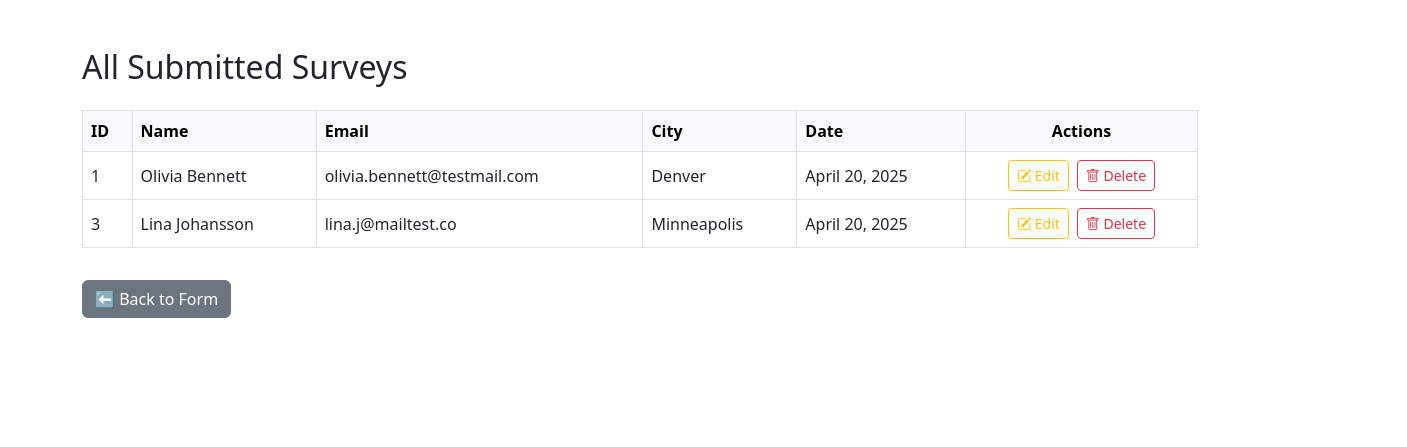
Repository: krisnguyenn2020/SWE645-Extra-Credit
Page: http://localhost/survey/list/
An editor plug-in stored every save of this project. The page is shown before and after the next save, followed by the edit.
The browser window is 1280 px wide. The page is 1280 px wide, then 1407 px, then 1280 px, so the pictures cover 1407 px, including what lies to the right of the window. The pictures show the whole page.
The page is served by the project's application, run on Django 5.2 (manage.py). The page reads the database file committed with the project.

Above is the page before, as saved 2025-04-20 22:59:47.

After the next save:
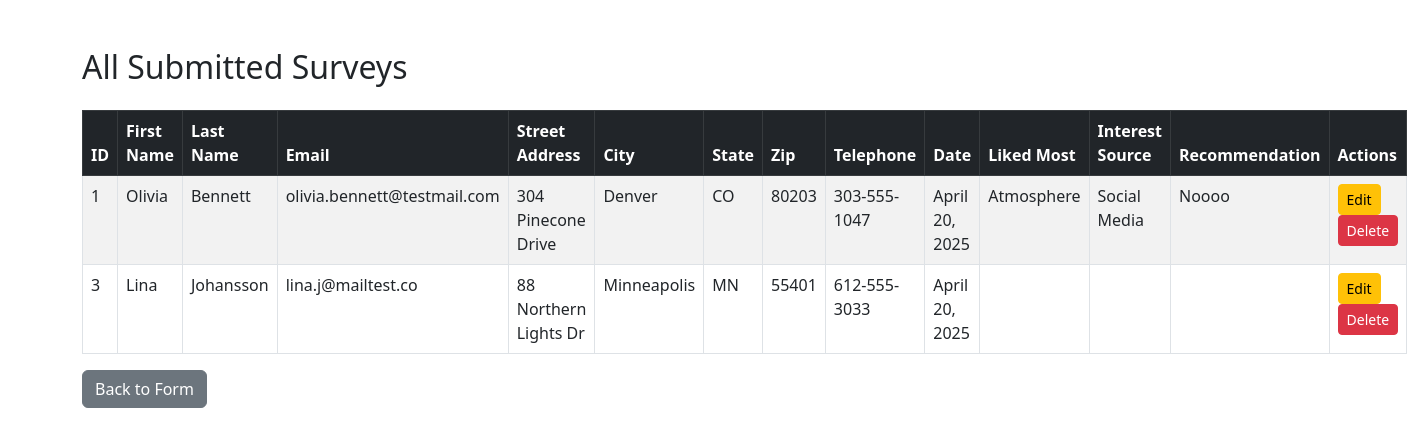
Saved 79 s later.
--- a/survey_app/templates/survey_app/survey_list.html
+++ b/survey_app/templates/survey_app/survey_list.html
@@ -4,9 +4,9 @@
     <meta charset="UTF-8">
     <title>All Surveys</title>
     <link href="https://cdn.jsdelivr.net/npm/bootstrap@5.3.0/dist/css/bootstrap.min.css" rel="stylesheet">
-    <link href="https://cdn.jsdelivr.net/npm/bootstrap-icons@1.10.5/font/bootstrap-icons.css" rel="stylesheet">
 </head>
 <body class="container mt-5">
+
     <h2 class="mb-4">All Submitted Surveys</h2>
 
     {% if messages %}
@@ -15,40 +15,51 @@
         {% endfor %}
     {% endif %}
 
-    <table class="table table-bordered align-middle">
-        <thead class="table-light">
+    <table class="table table-bordered table-striped">
+        <thead class="table-dark">
             <tr>
                 <th>ID</th>
-                <th>Name</th>
+                <th>First Name</th>
+                <th>Last Name</th>
                 <th>Email</th>
+                <th>Street Address</th>
                 <th>City</th>
+                <th>State</th>
+                <th>Zip</th>
+                <th>Telephone</th>
                 <th>Date</th>
-                <th class="text-center">Actions</th>
+                <th>Liked Most</th>
+                <th>Interest Source</th>
+                <th>Recommendation</th>
+                <th>Actions</th>
             </tr>
         </thead>
         <tbody>
             {% for s in surveys %}
             <tr>
                 <td>{{ s.id }}</td>
-                <td>{{ s.first_name }} {{ s.last_name }}</td>
+                <td>{{ s.first_name }}</td>
+                <td>{{ s.last_name }}</td>
                 <td>{{ s.email }}</td>
+                <td>{{ s.street_address }}</td>
                 <td>{{ s.city }}</td>
+                <td>{{ s.state }}</td>
+                <td>{{ s.zip }}</td>
+                <td>{{ s.telephone_number }}</td>
                 <td>{{ s.date_of_survey }}</td>
-                <td class="text-center">
-                    <div class="d-flex justify-content-center gap-2">
-                        <a href="{% url 'update_survey' s.id %}" class="btn btn-outline-warning btn-sm">
-                            <i class="bi bi-pencil-square"></i> Edit
-                        </a>
-                        <a href="{% url 'delete_survey' s.id %}" class="btn btn-outline-danger btn-sm" onclick="return confirm('Are you sure?')">
-                            <i class="bi bi-trash"></i> Delete
-                        </a>
-                    </div>
+                <td>{{ s.liked_most }}</td>
+                <td>{{ s.interest_source }}</td>
+                <td>{{ s.recommendation }}</td>
+                <td>
+                    <a href="{% url 'update_survey' s.id %}" class="btn btn-sm btn-warning">Edit</a>
+                    <a href="{% url 'delete_survey' s.id %}" class="btn btn-sm btn-danger" onclick="return confirm('Are you sure?')">Delete</a>
                 </td>
             </tr>
             {% endfor %}
         </tbody>
     </table>
 
-    <a href="{% url 'submit_form' %}" class="btn btn-secondary mt-3">⬅️ Back to Form</a>
+    <a href="{% url 'submit_form' %}" class="btn btn-secondary">Back to Form</a>
+
 </body>
 </html>

After the save that followed:
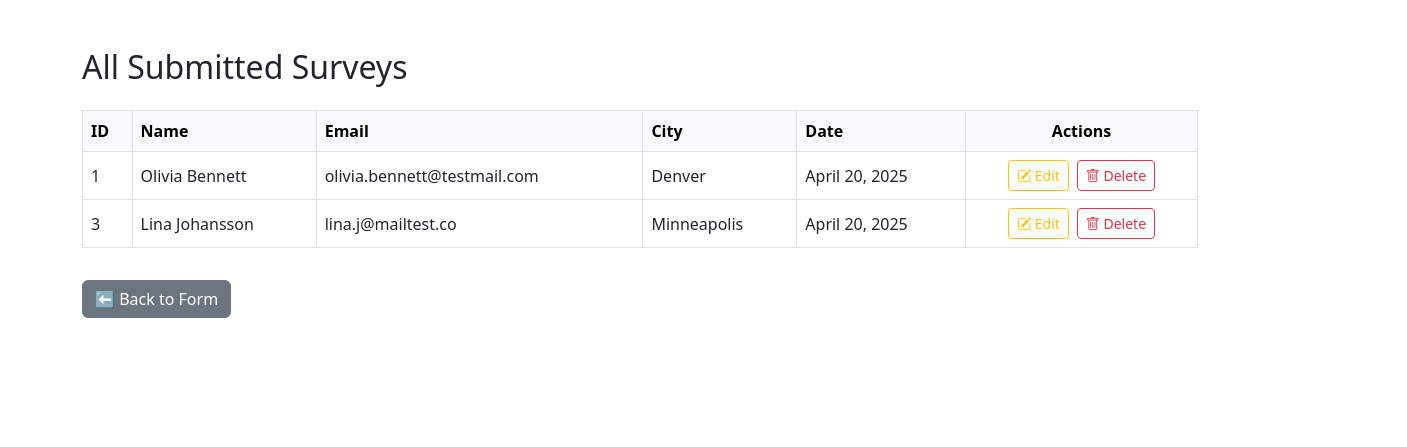
Saved 11 s later.
--- a/survey_app/templates/survey_app/survey_list.html
+++ b/survey_app/templates/survey_app/survey_list.html
@@ -4,9 +4,9 @@
     <meta charset="UTF-8">
     <title>All Surveys</title>
     <link href="https://cdn.jsdelivr.net/npm/bootstrap@5.3.0/dist/css/bootstrap.min.css" rel="stylesheet">
+    <link href="https://cdn.jsdelivr.net/npm/bootstrap-icons@1.10.5/font/bootstrap-icons.css" rel="stylesheet">
 </head>
 <body class="container mt-5">
-
     <h2 class="mb-4">All Submitted Surveys</h2>
 
     {% if messages %}
@@ -15,51 +15,40 @@
         {% endfor %}
     {% endif %}
 
-    <table class="table table-bordered table-striped">
-        <thead class="table-dark">
+    <table class="table table-bordered align-middle">
+        <thead class="table-light">
             <tr>
                 <th>ID</th>
-                <th>First Name</th>
-                <th>Last Name</th>
+                <th>Name</th>
                 <th>Email</th>
-                <th>Street Address</th>
                 <th>City</th>
-                <th>State</th>
-                <th>Zip</th>
-                <th>Telephone</th>
                 <th>Date</th>
-                <th>Liked Most</th>
-                <th>Interest Source</th>
-                <th>Recommendation</th>
-                <th>Actions</th>
+                <th class="text-center">Actions</th>
             </tr>
         </thead>
         <tbody>
             {% for s in surveys %}
             <tr>
                 <td>{{ s.id }}</td>
-                <td>{{ s.first_name }}</td>
-                <td>{{ s.last_name }}</td>
+                <td>{{ s.first_name }} {{ s.last_name }}</td>
                 <td>{{ s.email }}</td>
-                <td>{{ s.street_address }}</td>
                 <td>{{ s.city }}</td>
-                <td>{{ s.state }}</td>
-                <td>{{ s.zip }}</td>
-                <td>{{ s.telephone_number }}</td>
                 <td>{{ s.date_of_survey }}</td>
-                <td>{{ s.liked_most }}</td>
-                <td>{{ s.interest_source }}</td>
-                <td>{{ s.recommendation }}</td>
-                <td>
-                    <a href="{% url 'update_survey' s.id %}" class="btn btn-sm btn-warning">Edit</a>
-                    <a href="{% url 'delete_survey' s.id %}" class="btn btn-sm btn-danger" onclick="return confirm('Are you sure?')">Delete</a>
+                <td class="text-center">
+                    <div class="d-flex justify-content-center gap-2">
+                        <a href="{% url 'update_survey' s.id %}" class="btn btn-outline-warning btn-sm">
+                            <i class="bi bi-pencil-square"></i> Edit
+                        </a>
+                        <a href="{% url 'delete_survey' s.id %}" class="btn btn-outline-danger btn-sm" onclick="return confirm('Are you sure?')">
+                            <i class="bi bi-trash"></i> Delete
+                        </a>
+                    </div>
                 </td>
             </tr>
             {% endfor %}
         </tbody>
     </table>
 
-    <a href="{% url 'submit_form' %}" class="btn btn-secondary">Back to Form</a>
-
+    <a href="{% url 'submit_form' %}" class="btn btn-secondary mt-3">⬅️ Back to Form</a>
 </body>
 </html>
